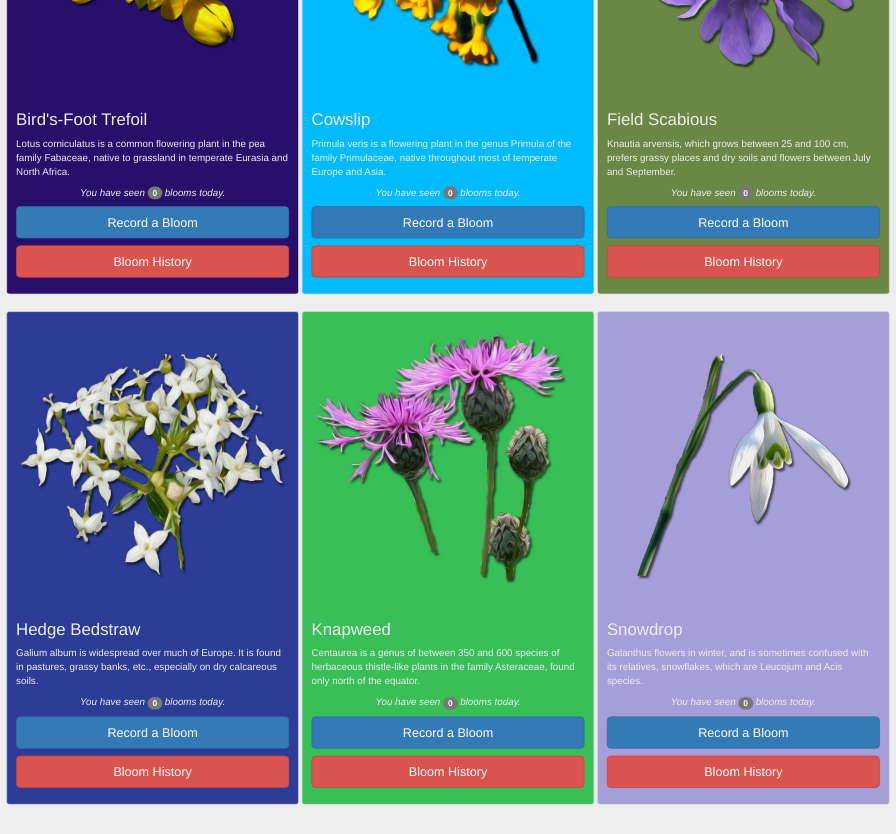
Repository: cachao/clh-flowerspotter
Page: clh-flowerspotter.html
The author's editor kept a record of every edit. The page is drawn from the files as they stood at one moment, then again after the next edit.
The browser window is 1280 px wide. The pictures show the part of the page from y = 831 to 2751 px (the page is 2023 px tall before and 2751 px after), at 70% of full size.
Some web libraries are served in a nearby version.

Above is the page before.

### clh-flowerspotter.html
<!DOCTYPE html>
<html lang="en-us">

<head>
    <meta charset="utf-8">
    <title></title>
    <link rel="stylesheet" href="//netdna.bootstrapcdn.com/bootstrap/3.0.0/css/bootstrap.min.css">
    <script src="//code.jquery.com/jquery-1.11.0.min.js"></script>
    <script src='clh-fs-workspace.js'></script>

    <style>
        body {
            background-color: #eee;
        }
        btn-list {
            padding-left: 40px;
            float: right;
        }
        .col-lg-4, .col-sm-6, .col-xs-12 {
            padding-right: 2px;
            padding-left: 2px;
            padding-bottom: 2px;
            padding-top: 2px;
        }
        .row {
            padding-left: 2px;
            padding-right: 2px;
        }
        .container-fluid {
            padding: 20px;
        }
        .thumbnail .caption {
            color: #eee;
        }
        #birdsfoot-box {
            background-color: #280f6b;
        }
        #cowslip-box {
            background-color: #00bbfe;
        }
        #scabious-box {
            background-color: #6a8745;
        }
        #bedstraw-box {
            background-color: #2d3c97;
        }
        #knapweed-box {
            background-color: #38bf58;
        }
        #snowdrop-box {
            background-color: #a69ed9;
        }
    </style>

</head>

<body>
<span id="passer" data-value="5"></span>
    <div class="container-fluid">
        <div class="jumbotron">
            <h1>Climate Calendar / Calendr Hinsawdd</h1>
            <p>The wildflowers planted in this dry stone wall are all part of the local flower palate that changes through the seasons. They are planted to bloom through the year in order from north to south (or left to right as you face the wooden fence) during the months indicated: a calendar of flowers. As climate change brings warmer springs and shorter winters, the blooms may appear outside their start month, or open out of order. Dry stone wall built by Aeryn Jones.</p>
            <p>Mae’r blodau gwyllt sydd wedi’u plannu yn y wal gerrig hon i gyd yn rhan o’r darlun blodau lleol sy’n newid gyda’r tymhorau. Maen nhw wedi’u plannu i flodeuo trwy gydol y flwyddyn mewn trefn o’r gogledd i’r de (neu o’r chwith i’r dde wrth i chi wynebu’r ffens pren) yn ystod y misoedd a ddangosir: sef calendr o flodau. Wrth i newid yn yr hinsawdd ddod â gwanwynau cynhesach a gaeafau byrrach, gall y blodau ymddangos y tu allan i’w mis dechreuol, neu agor mewn gwahanol drefn. Aeryn Jones adeiladodd y wall gerrig.</p>
        </div>
        <div class="row">
            <div class="col-lg-4 col-md-4 col-sm-6 col-xs-12">
                <div class="thumbnail" id="birdsfoot-box">
                    <img src="500_Birdsfoot Trefoil.jpg" class="img-responsive" alt="Birdsfoot Trefoil">
                    <div class="caption info">
                        <h3>Bird's-Foot Trefoil</h3>
                        <p>Lotus corniculatus is a common flowering plant in the pea family Fabaceae, native to grassland in temperate Eurasia and North Africa.</p>
                        <p align="center"><em>You have seen </em><span class="badge">0</span><em> blooms today.</em></p>
                        <p><button type="button" class="btn btn-primary btn-lg btn-block flower" data-flower-type="Bird's-foot Trefoil">Record a Bloom</button><p>
                        <p><button type="button" class="btn btn-danger btn-lg btn-block report" data-flower-type="Bird's-foot Trefoil">Bloom History</button></p>
                    </div>
                    <div class="caption graphs">
                        <p>How many flowers have you seen over the years?</p>
                        <p><button type="button" class="btn btn-danger btn-lg btn-block report">Back</button></p>
                    </div>
                </div>
            </div>
            <div class="col-lg-4 col-md-4 col-sm-6 col-xs-12">
                <div class="thumbnail" id="cowslip-box">
                    <img src="500_Cowslip.jpg" class="img-responsive" alt="Cowslips">
                    <div class="caption">
                        <h3>Cowslip</h3>
                        <p>Primula veris is a flowering plant in the genus Primula of the family Primulaceae, native throughout most of temperate Europe and Asia.</p>
                        <p align="center"><em>You have seen </em><span class="badge">0</span><em> blooms today.</em></p>
                        <p><button type="button" class="btn btn-primary btn-lg btn-block flower" data-flower-type="Cowslip">Record a Bloom</button></p>
                        <p><a href="#" class="btn btn-danger btn-lg btn-block" role="button">Bloom History</a></p>
                    </div>
                </div>
            </div>
            <div class="col-lg-4 col-md-4 col-sm-6 col-xs-12">
                <div class="thumbnail" id="scabious-box">
                    <img src="500_Field Scabious.jpg" class="img-responsive" alt="Field Scabious">
                    <div class="caption">
                        <h3>Field Scabious</h3>
                        <p>Knautia arvensis, which grows between 25 and 100 cm, prefers grassy places and dry soils and flowers between July and September.</p>
                        <p align="center"><em>You have seen </em><span class="badge">0</span><em> blooms today.</em></p>
                        <p><button type="button" class="btn btn-primary btn-lg btn-block flower" data-flower-type="Field Scabious">Record a Bloom</button></p>
                        <p><a href="#" class="btn btn-danger btn-lg btn-block" role="button">Bloom History</a></p>
                    </div>
                </div>
            </div>
            <div class="col-lg-4 col-md-4 col-sm-6 col-xs-12">
                <div class="thumbnail" id="bedstraw-box">
                    <img src="500_Hedge Bedstraw.jpg" class="img-responsive" alt="Hedge Bedstraw">
                    <div class="caption">
                        <h3>Hedge Bedstraw</h3>
                        <p>Galium album is widespread over much of Europe. It is found in pastures, grassy banks, etc., especially on dry calcareous soils.</p>
                        <p align="center"><em>You have seen </em><span class="badge">0</span><em> blooms today.</em></p>
                        <p><button type="button" class="btn btn-primary btn-lg btn-block flower" data-flower-type="Hedge Bedstraw">Record a Bloom</button></p>
                        <p><a href="#" class="btn btn-danger btn-lg btn-block" role="button">Bloom History</a></p>
                    </div>
                </div>
            </div>
            <div class="col-lg-4 col-md-4 col-sm-6 col-xs-12">
                <div class="thumbnail" id="knapweed-box">
                    <img src="500_Knapweed.jpg" class="img-responsive" alt="Knapweed">
                    <div class="caption">
                        <h3>Knapweed</h3>
                        <p>Centaurea is a genus of between 350 and 600 species of herbaceous thistle-like plants in the family Asteraceae, found only north of the equator.</p>
                        <p align="center"><em>You have seen </em><span class="badge">0</span><em> blooms today.</em></p>
                        <p><button type="button" class="btn btn-primary btn-lg btn-block flower" data-flower-type="Knapweed">Record a Bloom</button></p>
                        <p><a href="#" class="btn btn-danger btn-lg btn-block" role="button">Bloom History</a></p>
                    </div>
                </div>
            </div>
            <div class="col-lg-4 col-md-4 col-sm-6 col-xs-12">
                <div class="thumbnail" id="snowdrop-box">
                    <img src="500_Snowdrop.jpg" class="img-responsive" alt="Snowdrop">
                    <div class="caption">
                        <h3>Snowdrop</h3>
                        <p>Galanthus flowers in winter, and is sometimes confused with its relatives, snowflakes, which are Leucojum and Acis species.</p>
                        <p align="center"><em>You have seen </em><span class="badge">0</span><em> blooms today.</em></p>
                        <p><button type="button" class="btn btn-primary btn-lg btn-block flower" data-flower-type="Snowdrop">Record a Bloom</button></p>
                        <p><a href="#" class="btn btn-danger btn-lg btn-block" role="button">Bloom History</a></p>
                    </div>
                </div>
            </div>
        </div>
    </div>
</body>

</html>

### clh-fs-workspace.js
$(document).ready(function() {

    $(".graphs").toggle();

    //Flower sighting button listener

    $('.flower').on('click', function() {
        //part 1: run the AJAX function
        var flowerType = $(this).attr('data-flower-type');
        iSee(flowerType);
        console.log(flowerType);
        //part 2: increase the daily counter
        var flowerCount = $(this).closest(".caption").find(".badge").text();
        var newFlowerCount = parseInt(flowerCount) + 1;
        $(this).closest(".caption").find(".badge").text(newFlowerCount);
    });

    //Count this season? Of the Day?

    /*$('.flower').each(function() {
        var flower = $(this).attr('data-flower-type');
        console.log(flower);
        var i = new Date();
        var day = i.getDate();
        console.log(day);
        getReport(flower, day);
        $(this).closest(".caption").find(".badge").text("yo");
    });*/

    //Get Report
    $('.report').on('click', function() {
        var flower = $(this).attr("data-flower-type");
        //...
        //part 1: make room for report
        $(this).closest(".thumbnail").children().not(".img-responsive").toggle()
        //part 2: print data
        var flower = "placeHolder";
    });


});

//Sending flower sightings to Apigee

function iSee(thisFlower) {

    $.ajax({
        'url': 'http://api.usergrid.com/cchao/clh-flowerspotter/flowers',
        'type': 'POST',
        'data': JSON.stringify({
            flowerType: thisFlower
        }),
        'success': function(data) {
            console.log(data);
        }
    });
}

//Calling seasonal information

//part 1: define AJAX search parameters
/*
function getRange(flower, day) { //doing "day" for now, eventually will need to do "year"

    var startRange = new Date();
    startRange.setDate(day);
    startRange.setHours(0);
    startRange.setMinutes(1);

    var endRange = new Date();
    endRange.setDate(startRange.getDate() + 1);
    startRange.setHours(0);
    startRange.setMinutes(1);

    return {
        ql: "select * where flowerType='" + flower + "'" and created gte " + startRange.getTime() + " and created lte " + endRange.getTime() + " order by created asc",
        limit: 1000
    }
}

//part 2: run the AJAX request, and divy up the data into variables

//Trying to save the bloomCount variable from getReport function... How do I hold on to a local variable once a function resolves?

//Unsuccessful trial #1
/*function totalBlooms (flower, day) {
    var bloomCount = getReport (flower, day);
    return (bloomCount);*/

function getReport(flower, day) {
    $.ajax({
        url: "https://api.usergrid.com/cchao/clh-flowerspotter/flowers?ql=",
        type: "GET",
        data: getRange(flower, day),

        success: function(data) {

            console.log(data.entities.length);

            var bloomCount = data.entities.length;
            var lastBloom = data.entities.length - 1;
            var bloomRange = data.entities[lastBloom].getTime - data.entities[0].getTime;
            return (data.entities.length);
        }

    })
}/*
function getRange(flower, day) {
    var startRange = new Date();
    startRange.setDate(day);
    var endRange = new Date();
    endRange.setDate(startRange.getDate() + 1);

    return {
        ql: "select where flowerType = '"
            + flower + "' and created gte "
            + startRange.getTime() + " and created lte "
            + endRange.getTime() + " order by created asc",
        limit: 1000
    }
}

function getReport(flower, day) {
    $.ajax({
        url: "http://api.usergrid.com/cchao/clh-flowerspotter/flowers?ql=",
        type: "GET",
        data: getRange(flower, day),

        success: function(data) {
            console.log(data.entities.length);
        }
    })
}*/
//Unsuccessful trial #2
/*function bloomPasser(x) {
    return(x);
}*/

After the next edit:
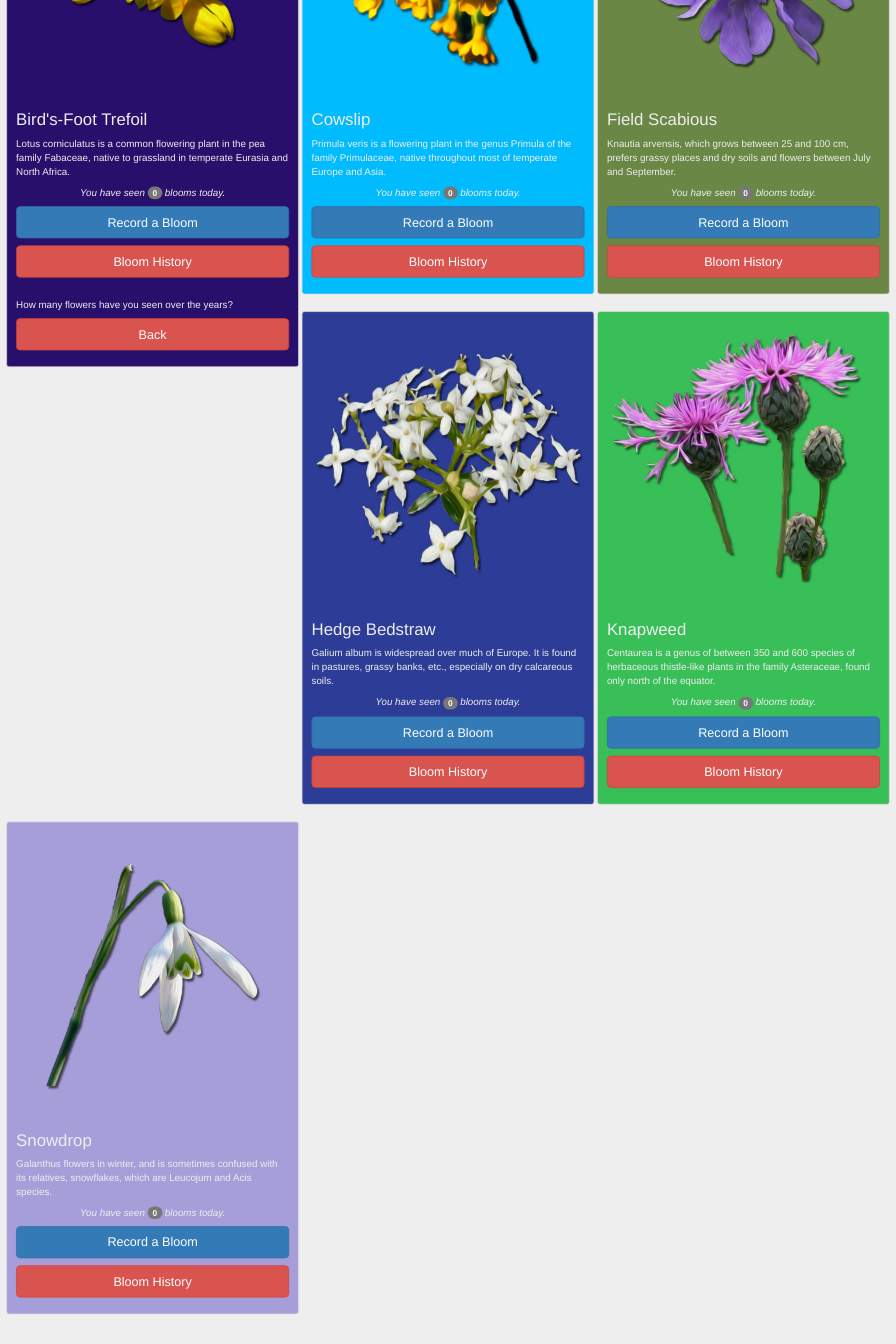
Console error: SyntaxError: Unexpected identifier 'and'
The edit:
--- a/clh-fs-workspace.js
+++ b/clh-fs-workspace.js
@@ -59,7 +59,7 @@
 //Calling seasonal information
 
 //part 1: define AJAX search parameters
-/*
+
 function getRange(flower, day) { //doing "day" for now, eventually will need to do "year"
 
     var startRange = new Date();

After the edit that followed:
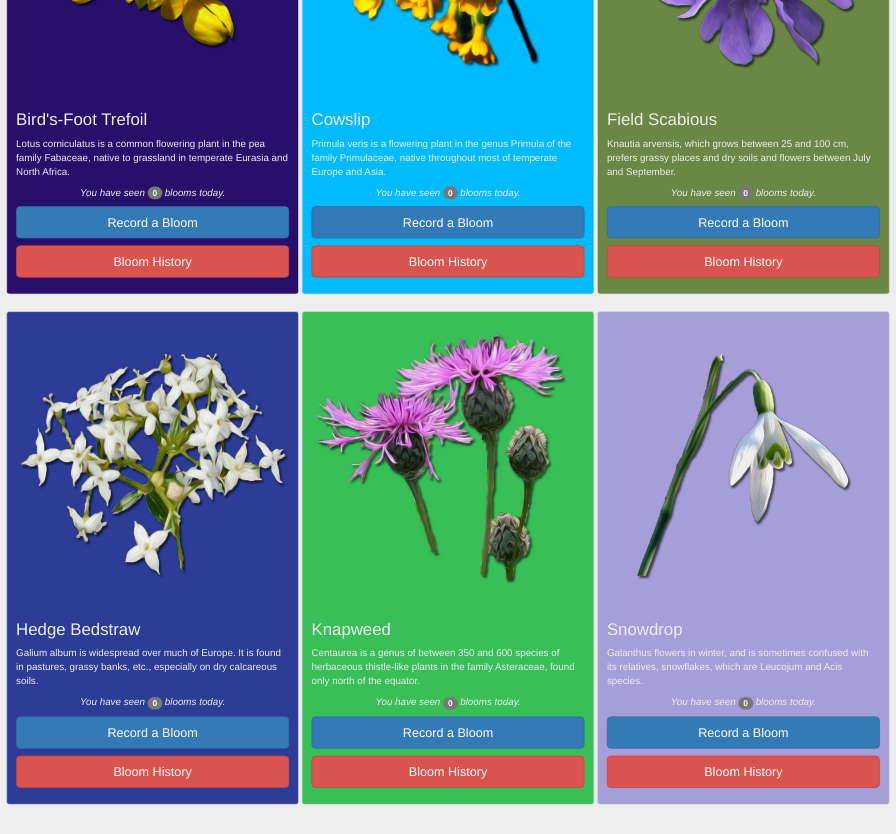
The error is gone.
The edit:
--- a/clh-fs-workspace.js
+++ b/clh-fs-workspace.js
@@ -73,7 +73,10 @@
     startRange.setMinutes(1);
 
     return {
-        ql: "select * where flowerType='" + flower + "'" and created gte " + startRange.getTime() + " and created lte " + endRange.getTime() + " order by created asc",
+        ql: "select * where flowerType='"
+        + flower + "' and created gte "
+        + startRange.getTime() + " and created lte "
+        + endRange.getTime() + " order by created asc",
         limit: 1000
     }
 }
